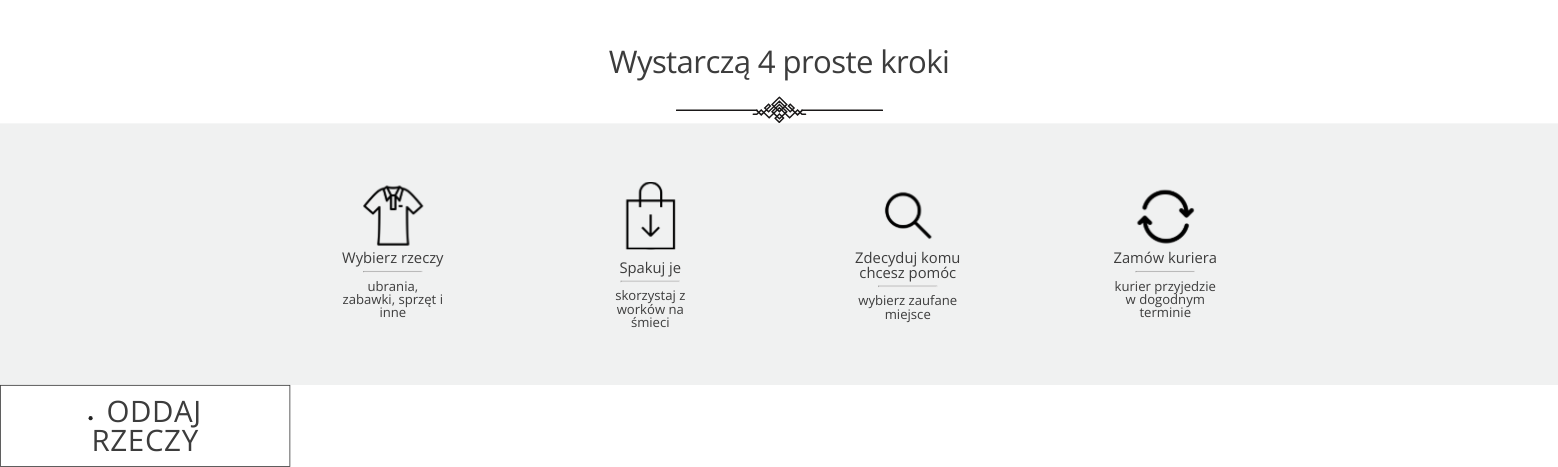
Repository: tomekwoojcik/oddam-w-dobre-rence
Page: /
The author's editor kept a copy of each file at every save. The page is drawn from the files as they stood at one save, then again after the next save.
The browser window is 1280 px wide. The page is 1900 px wide, so the pictures cover 1900 px, including what lies to the right of the window. The pictures show the part of the page from y = 1347 to 1917 px (the page is 1917 px tall), at 82% of full size.
The project was rebuilt for these pictures with package versions that can differ from the ones it lists, and the page was loaded fresh each time. Also part of the build but not shown: src/pages/logIn/logIn.js, src/pages/register/register.js.

Above is the page before, as saved 2022-12-08 08:13:39.

### public/index.html
<!DOCTYPE html>
<html lang="en">
  <head>
    <meta charset="utf-8" />
    <link rel="icon" href="%PUBLIC_URL%/favicon.ico" />
    <meta name="viewport" content="width=device-width, initial-scale=1" />
    <meta name="theme-color" content="#000000" />
    <meta
      name="description"
      content="Web site created using create-react-app"
    />
    <link rel="apple-touch-icon" href="%PUBLIC_URL%/logo192.png" />
    <link rel="manifest" href="%PUBLIC_URL%/manifest.json" />
    <title>React App</title>
    <link rel="preconnect" href="https://fonts.googleapis.com">
    <link rel="preconnect" href="https://fonts.gstatic.com" crossorigin>
    <link
      href="https://fonts.googleapis.com/css2?family=Merriweather:ital,wght@0,300;0,400;0,700;0,900;1,300;1,400;1,700;1,900&family=Open+Sans:ital,wght@0,300;0,400;0,500;0,600;0,700;0,800;1,300;1,400;1,500;1,600;1,700;1,800&display=swap"
      rel="stylesheet">
  </head>
  <body>
    <div id="root"></div>
  </body>
</html>

### src/index.js
import React from 'react'
import ReactDOM from 'react-dom/client'
import './scss/main.scss'
import App from './App'
import reportWebVitals from './reportWebVitals'

const root = ReactDOM.createRoot(document.getElementById('root'))
root.render(
  <React.StrictMode>
    <App />
  </React.StrictMode>
)

// If you want to start measuring performance in your app, pass a function
// to log results (for example: reportWebVitals(console.log))
// or send to an analytics endpoint. Learn more: https://bit.ly/CRA-vitals
reportWebVitals()

### src/scss/main.scss
@import './reset';
@import './settings/colors';
@import './settings/fonts';
@import '../components/atoms/buttonsMenu/buttonsMenu';
@import '../components/molecules/navMenu/navMenu';
@import '../components/atoms/buttonsLoginLogout/buttonsLoginLogout';
@import '../components/molecules/navLoginLogout/navLoginLogout';
@import '../components/molecules/menu/menu';
@import '../components/atoms/photoInHeader/photoInHeader.scss';
@import '../components/organisms/header/header';
@import '../components/atoms/partTextInHeader/firstPartText';
@import '../components/molecules/rightPart/rightPart';
@import '../components/molecules/textInHeader/textInHeader';
@import '../components/atoms/decorationAssets/decorationAssets';
@import '../components/molecules/menuRightPartContext/menuRightPartContext';
@import '../components/atoms/buttonsInRightPartContext/buttonsInRightPartContext';
@import '../components/organisms/threeColumns/threeColumns';
@import '../pages/home/home';
@import '../components/molecules/oneColumn/oneColumn';
@import '../components/atoms/counterInColumn/counterInColumn';
@import '../components/atoms/titleInColumn/titleInColumn';
@import '../components/atoms/textInColumn/textInColumn';
@import '../components/atoms/simpleStepsTitle/simpleStepsTitle';
@import '../components/organisms/simpleSteps/simpleSteps';
@import '../components/atoms/simpleStepsColumn/simpleStepsColumn';
@import '../components/molecules/simpleStepsBar/simpleStepsBar';

* {
    font-family: $font-base;
}

### src/App.js
/* eslint-disable react/react-in-jsx-scope */
import { Outlet, Route, Routes } from 'react-router'
import { BrowserRouter } from 'react-router-dom'
import Home from './pages/home/home'
import './App.css'
import LogIn from './pages/logIn/logIn'
import Register from './pages/register/register'

function App () {
  return (
    <div className="App">
      <Outlet />
      <BrowserRouter>
        <Routes>
          <Route path='/' element={<Home />} />
          <Route path='logowanie' element={<LogIn />} />
          <Route path='rejestracja' element={<Register />} />
        </Routes>

      </BrowserRouter>
    </div>
  )
}

export default App

### src/scss/settings/_colors.scss
$white-color: #F0F1F1;
$mustard-color: #5E5322;
$strong-yellow-color: #FAD648;
$grey-color: #737373;
$black-color: #3C3C3C;

### src/components/atoms/buttonsMenu/_buttonsMenu.scss
@import '../../../scss/settings/fonts';
@import '../../../scss/settings/colors';

.buttonItem {
    .button {
        font-size: 18px;
        padding: 9px 20px;
        color: $black-color;
        text-decoration: none;
        font-family: $font-base;
        border: 0.75px solid white;
    }

    .button:hover{
        border: 0.75px solid $black-color;
    }
}

### src/components/molecules/navMenu/_navMenu.scss
@import '../../../scss/settings/fonts';
@import '../../../scss/settings/colors';

.buttonList {
    margin-top: 10px;
    display: flex;
    flex-direction: row;
    justify-content: flex-end;
    margin-right: 142px;
}

### src/components/atoms/buttonsLoginLogout/_buttonsLoginLogout.scss
@import '../../../scss/settings/fonts';
@import '../../../scss/settings/colors';

.buttonMenuItems {
    .buttonMenu {
        font-family: $font-base;
        font-size: 14px;
        text-decoration: none;
        color: $grey-color;
        padding: 9px 10px;
        margin-left: 20px;
        border: 0.75px solid white;
    }

    .buttonMenu:hover{
        border-color: $strong-yellow-color;
    }
}

### src/components/molecules/navLoginLogout/_navLoginLogout.scss
.buttonMenuList{
    display: flex;
    flex-direction: row;
    justify-content: flex-end;
    margin-right: 142px;
    margin-bottom: 60px;
}

### src/components/molecules/menu/_menu.scss
.menu {
    width: 100%;
    margin-top: 37px;
    flex-direction: column;
}

### src/components/atoms/photoInHeader/_photoInHeader.scss
.photoHeader {
    width: 885px;
    height: 963px;
}

### src/components/organisms/header/_header.scss
.header {
    display: flex;
    flex-direction: row;
    width: 1758px;
}

### src/components/atoms/partTextInHeader/_firstPartText.scss
@import '../../../scss/settings/fonts';
@import '../../../scss/settings/colors';

.textInHeader{
    font-family: $font-base;
    font-size: 38px;
    margin-bottom: 10px;
}

### src/components/molecules/rightPart/_rightPart.scss
.rightPartHeader{
    display: flex;
    flex-direction: column;
}

### src/components/molecules/textInHeader/_textInHeader.scss
.textIn{
    margin-top: 210px;
}

### src/components/atoms/decorationAssets/_decorationAssets.scss
.decorationAssets {
    width: 253px;
    height: 33px;
    align-self: center;
    margin-top: 25px;
}

### src/components/molecules/menuRightPartContext/_menuRightPartContext.scss
.menuRightPartContext{
    display: flex;
    flex-direction: row;
    justify-content: center;
    margin-top: 65px;
}

### src/components/atoms/buttonsInRightPartContext/_buttonsInRightPartContext.scss
@import '../../../scss/settings/fonts';
@import '../../../scss/settings/colors';
@import '../../../scss/settings/otherVariables';

.buttonItemMenuContext {
    width: 250px;
    border: $border;
    padding: 13px 51px;

    .buttonMenuContext {

        text-transform: uppercase;
        text-decoration: none;
        color: $black-color;
        font-size: 36px;
        letter-spacing: 0.76px;
        word-wrap: break-word;
        font-family: $font-base;
        font-weight: 300;
    }

}

.buttonItemMenuContext:nth-child(2) {
    margin-left: 44px;
}

### src/scss/settings/_otherVariables.scss
@import '../settings/colors';
@import '../settings/colors';

$border: 0.75px solid $black-color;

### src/components/organisms/threeColumns/_threeColumns.scss
.threeColumns{
    background: url(../../../assets/backGround.png) ;
    width: 100%;
    display: flex;
    flex-direction: row;
    justify-content: space-around;
}

### src/pages/home/_home.scss
.homePage{
    width: 1900px;
    margin: 0 auto;
}

### src/components/molecules/oneColumn/_oneColumn.scss
.oneColumn {
    display: flex;
    flex-direction: column;
    justify-content: center;
    width: 334px;
    height: 252px;
    padding-top: 46px;
    padding-bottom: 86px;

}

### src/components/atoms/counterInColumn/_counterInColumn.scss
@import '../../../scss/settings/fonts';
@import '../../../scss/settings/colors';
@import '../../../scss/settings/otherVariables';

.counterColumn{
    font-size: 90px;
    font-family: $font-base;
    color: $mustard-color;
    font-weight: 300;
}

### src/components/atoms/titleInColumn/_titleInColumn.scss
@import '../../../scss/settings/fonts';
@import '../../../scss/settings/colors';
@import '../../../scss/settings/otherVariables';

.titleColumn{
    text-transform: uppercase;
    font-size: 18px;
    font-family: $font-base;
    letter-spacing: -0.36px;
    color: $black-color;
    margin: 10px 0 28px 0;

}

### src/components/atoms/textInColumn/_textInColumn.scss
@import '../../../scss/settings/fonts';
@import '../../../scss/settings/colors';
@import '../../../scss/settings/otherVariables';


.textColumn{
    font-family: $font-alt;
    font-size: 16px;
    font-weight: lighter;
    color: $black-color;
    letter-spacing: -0.32px;
    line-height: 25px;
}

### src/components/atoms/simpleStepsTitle/_simpleStepsTitle.scss
@import '../../../scss/settings/fonts';
@import '../../../scss/settings/colors';
@import '../../../scss/settings/otherVariables';

.simpleStepsTitle {
    font-size: 38px;
    font-family: $font-base;
    letter-spacing: -0.76px;
    color: $black-color;
    font-weight: 300;
}

### src/components/organisms/simpleSteps/_simpleSteps.scss
.simpleSteps{
    margin-top: 55px;
}

### src/components/atoms/simpleStepsColumn/_simpleStepsColumn.scss
@import '../../../scss/settings/fonts';
@import '../../../scss/settings/colors';
@import '../../../scss/settings/otherVariables';

.simpleStepsColumn {
    width: 130px;
    height: 172px;

    .simpleStepsColumnImg {
        width: 83px;
        height: 83px;
    }

    .simpleStepsColumnTitle {
        font-family: $font-base;
        font-size: 18px;
        color: $black-color;
    }

    .simpleStepsColumnLine {
        color: $grey-color;
        width: 70px;
    }

    .simpleStepsColumnText {
        font-family: $font-base;
        font-size: 16px;
        color: $black-color;
        height: 40px;
        width: 100%;
    }
}


.simpleStepsColumn:nth-child(2){
    .simpleStepsColumnTitle{
        margin-top: 12px;
    }
}

### src/components/molecules/simpleStepsBar/_simpleStepsBar.scss
@import '../../../scss/settings/fonts';
@import '../../../scss/settings/colors';
@import '../../../scss/settings/otherVariables';

.simpleStepsBar {
    background-color: $white-color;
    padding: 71px 414px 76px 414px;
    display: flex;
    flex-direction: row;
    justify-content: space-between;
}

### src/pages/home/home.js
import React from 'react'
import Header from '../../components/organisms/header/header'
import SimpleSteps from '../../components/organisms/simpleSteps/simpleSteps'
import ThreeColumns from '../../components/organisms/threeColumns/threeColumns'

const Home = () => {
  return (
    <div className='homePage'>
      <Header />
      <ThreeColumns />
      <SimpleSteps/>
    </div>
  )
}

export default Home

### src/components/organisms/header/header.js
import React from 'react'
import PhotoInHeader from '../../atoms/photoInHeader/photoInHeader'
import RightPart from '../../molecules/rightPart/rightPart'
const Header = () => {
  return (
    <header className='header'>
      <PhotoInHeader />
      <RightPart />
    </header>

  )
}

export default Header

### src/components/organisms/simpleSteps/simpleSteps.js
import React from 'react'
import SimpleStepsTitle from '../../atoms/simpleStepsTitle/simpleStepsTitle'
import DecorationAssets from '../../atoms/decorationAssets/decorationAssets'
import SimpleStepsBar from '../../molecules/simpleStepsBar/simpleStepsBar'
import ButtonsInRightPartContext from '../../atoms/buttonsInRightPartContext/buttonsInRightPartContext'
const SimpleSteps = () => {
  return (
        <div className='simpleSteps'>
            <SimpleStepsTitle text={'Wystarczą 4 proste kroki'} />
            <DecorationAssets />
            <SimpleStepsBar />
            <ButtonsInRightPartContext buttonName={'oddaj rzeczy'} />
        </div>
  )
}

export default SimpleSteps

### src/components/organisms/threeColumns/threeColumns.js
import React from 'react'
import OneColumn from '../../molecules/oneColumn/oneColumn'

const ThreeColumns = () => {
  return (
        <div className='threeColumns'>
          <OneColumn counter={'10'} title={'Oddanych worków'} text={'Lorem ipsum dolor sit amet, consectetur adipisc Pellentesque vel enim a elit viverra elementuma. Aliquam erat volutpat.'} />
          <OneColumn counter={'5'} title={'Wspartych organizacji'} text={'Lorem ipsum dolor sit amet, consectetur adipisc Pellentesque vel enim a elit viverra elementuma. Aliquam erat volutpat.'} />
          <OneColumn counter={'7'} title={'Zorganizowanych zbiórek'} text={'Lorem ipsum dolor sit amet, consectetur adipisc Pellentesque vel enim a elit viverra elementuma. Aliquam erat volutpat.'} />
        </div>
  )
}

export default ThreeColumns

### src/components/atoms/photoInHeader/photoInHeader.js
import React from 'react'
import Image from '../../../assets/Home-Hero-Image.jpg'

const PhotoInHeader = () => {
  return (
    <img className='photoHeader' src={Image} />
  )
}

export default PhotoInHeader

### src/components/molecules/rightPart/rightPart.js
import React from 'react'
import Menu from '../menu/menu'
import RightPartContext from '../rightPartContext/rightPartContext'

const RightPart = () => {
  return (
    <div className='rightPartHeader'>
      <Menu />
      <RightPartContext />
    </div>
  )
}

export default RightPart

### src/components/atoms/simpleStepsTitle/simpleStepsTitle.js
/* eslint-disable react/prop-types */
import React from 'react'

const SimpleStepsTitle = ({ text }) => {
  return (
        <h4 className='simpleStepsTitle'>{text}</h4>
  )
}

export default SimpleStepsTitle

### src/components/atoms/decorationAssets/decorationAssets.js
import React from 'react'
import DecoratorImage from '../../../assets/Decoration.svg'
const DecorationAssets = () => {
  return (
        <img className="decorationAssets" src={DecoratorImage} />
  )
}

export default DecorationAssets

### src/components/molecules/simpleStepsBar/simpleStepsBar.js
import React from 'react'
import SimpleStepsColumn from '../../atoms/simpleStepsColumn/simpleStepsColumn'
import IconOne from '../../../assets/Icon-1.svg'
import IconSec from '../../../assets/Icon-2.svg'
import IconThr from '../../../assets/Icon-3.svg'
import IconFou from '../../../assets/Icon-4.svg'

const SimpleStepsBar = () => {
  return (
        <div className='simpleStepsBar'>
          <SimpleStepsColumn source={IconOne} simpleStepsColumnTitle={'Wybierz rzeczy'} simpleStepsColumnText={'ubrania, zabawki, sprzęt i inne'} />
          <SimpleStepsColumn source={IconSec} simpleStepsColumnTitle={'Spakuj je'} simpleStepsColumnText={'skorzystaj z worków na śmieci'} />
          <SimpleStepsColumn source={IconThr} simpleStepsColumnTitle={'Zdecyduj komu chcesz pomóc'} simpleStepsColumnText={'wybierz zaufane miejsce'} />
          <SimpleStepsColumn source={IconFou} simpleStepsColumnTitle={'Zamów kuriera'} simpleStepsColumnText={'kurier przyjedzie w dogodnym terminie'} />
        </div>
  )
}

export default SimpleStepsBar

### src/components/atoms/buttonsInRightPartContext/buttonsInRightPartContext.js
import React from 'react'
import { NavLink } from 'react-router-dom'

// eslint-disable-next-line react/prop-types
const ButtonsInRightPartContext = ({ source, buttonName }) => {
  return (
    <li className='buttonItemMenuContext'><NavLink className='buttonMenuContext' to={source}>{buttonName}</NavLink></li>
  )
}

export default ButtonsInRightPartContext

### src/components/molecules/oneColumn/oneColumn.js
/* eslint-disable react/prop-types */
import React from 'react'
import CounterInColumn from '../../atoms/counterInColumn/counterInColumn'
import TextInColumn from '../../atoms/textInColumn/textInColumn'
import TitleInColumn from '../../atoms/titleInColumn/titleInColumn'

const OneColumn = ({ counter, title, text }) => {
  return (
        <div className='oneColumn'>
            <CounterInColumn counterColumn={counter} />
            <TitleInColumn titleColumn={title} />
            <TextInColumn textColumn={text} />
        </div>
  )
}

export default OneColumn

### src/components/molecules/menu/menu.js
import React from 'react'
import NavLoginLogout from '../navLoginLogout/navLoginLogout'
import NavMenu from '../navMenu/navMenu'

const Menu = () => {
  return (
    <div className='menu'>
      <NavLoginLogout />
      <NavMenu />
    </div>
  )
}

export default Menu

### src/components/molecules/rightPartContext/rightPartContext.js
import React from 'react'
import DecorationAssets from '../../atoms/decorationAssets/decorationAssets'
import MenuRightPartContext from '../menuRightPartContext/menuRightPartContext'
import TextInHeader from '../textInHeader/textInHeader'

const RightPartContext = () => {
  return (
      <div className='rightPartContext'>
          <TextInHeader />
          <DecorationAssets />
          <MenuRightPartContext/>
        </div>
  )
}

export default RightPartContext

### src/components/atoms/simpleStepsColumn/simpleStepsColumn.js
/* eslint-disable react/prop-types */
import React from 'react'

const SimpleStepsColumn = ({ source, simpleStepsColumnTitle, simpleStepsColumnText }) => {
  return (
    <div className='simpleStepsColumn'>
          <img className='simpleStepsColumnImg' src={source} />
          <h4 className='simpleStepsColumnTitle' >{simpleStepsColumnTitle}</h4>
          <hr className='simpleStepsColumnLine' />
          <p className='simpleStepsColumnText'>{simpleStepsColumnText}</p>
    </div>
  )
}

export default SimpleStepsColumn

### src/components/atoms/counterInColumn/counterInColumn.js
/* eslint-disable react/prop-types */
import React from 'react'

const CounterInColumn = ({ counterColumn }) => {
  return (
    <h3 className='counterColumn'>{counterColumn}</h3>
  )
}

export default CounterInColumn

### src/components/atoms/textInColumn/textInColumn.js
/* eslint-disable react/prop-types */
import React from 'react'

const TextInColumn = ({ textColumn }) => {
  return (
      <p className='textColumn'>{ textColumn }</p>
  )
}

export default TextInColumn

### src/components/atoms/titleInColumn/titleInColumn.js
/* eslint-disable react/prop-types */
import React from 'react'

const TitleInColumn = ({ titleColumn }) => {
  return (
      <h4 className='titleColumn'>{titleColumn}</h4>
  )
}

export default TitleInColumn

### src/components/molecules/navLoginLogout/navLoginLogout.js
import React from 'react'
import ButtonsLoginLogout from '../../atoms/buttonsLoginLogout/buttonsLoginLogout'

const NavLoginLogout = () => {
  return (
        <ul className='buttonMenuList'>
          <ButtonsLoginLogout source={'logowanie'} buttonName={'Zaloguj'} />
          <ButtonsLoginLogout source={'rejestracja'} buttonName={'Załóź konto'} />
        </ul>
  )
}

export default NavLoginLogout

### src/components/molecules/navMenu/navMenu.js
import React from 'react'
import ButtonsMenu from '../../atoms/buttonsMenu/buttonsMenu'

const NavMenu = () => {
  return (
        <ul className='buttonList'>
          <ButtonsMenu source={'/'} linkName={'Start'} />
          <ButtonsMenu source={'/'} linkName={'O co chodzi?'} />
          <ButtonsMenu source={'/'} linkName={'O nas'} />
          <ButtonsMenu source={'/'} linkName={'Fundacje i organizacje'} />
          <ButtonsMenu source={'/'} linkName={'Kontakt'} />
        </ul>
  )
}

export default NavMenu

### src/components/molecules/menuRightPartContext/menuRightPartContext.js
import React from 'react'
import ButtonsInRightPartContext from '../../atoms/buttonsInRightPartContext/buttonsInRightPartContext'

const MenuRightPartContext = () => {
  return (
      <ul className='menuRightPartContext'>
      <ButtonsInRightPartContext source={'#'} buttonName={'Oddaj rzeczy'} />
      <ButtonsInRightPartContext source={'#'} buttonName={'Zorganizuj zbiórke'} />
    </ul>
  )
}

export default MenuRightPartContext

### src/components/molecules/textInHeader/textInHeader.js
import React from 'react'
import FirstPartText from '../../atoms/partTextInHeader/firstPartText'

const TextInHeader = () => {
  return (
        <div className='textIn'>
          <FirstPartText textHeader={'Zacznij pomagać!'} />
          <FirstPartText textHeader={'Oddaj niechciane rzeczy w zaufane ręce'} />
        </div>
  )
}

export default TextInHeader

### src/components/atoms/buttonsLoginLogout/buttonsLoginLogout.js
/* eslint-disable react/prop-types */
import React from 'react'
import { NavLink } from 'react-router-dom'

const ButtonsLoginLogout = ({ source, buttonName }) => {
  return (
        <li className='buttonMenuItems'><NavLink className='buttonMenu' to={source}>{buttonName}</NavLink></li>
  )
}

export default ButtonsLoginLogout

### src/components/atoms/buttonsMenu/buttonsMenu.js
import React from 'react'
import { NavLink } from 'react-router-dom'

// eslint-disable-next-line react/prop-types
const ButtonsMenu = ({ source, linkName }) => {
  return (
        <li className='buttonItem'><NavLink className="button" to={source}>{linkName}</NavLink></li>
  )
}

export default ButtonsMenu

### src/components/atoms/partTextInHeader/firstPartText.js
import React from 'react'

// eslint-disable-next-line react/prop-types
const FirstPartText = ({ textHeader }) => {
  return (
    <h3 className='textInHeader'>{textHeader}</h3>
  )
}

export default FirstPartText

Loaded but not shown: src/reportWebVitals.js (common file); src/scss/_reset.scss (common file); src/scss/settings/_fonts.scss (common file); src/App.css (common file)

After the next save:
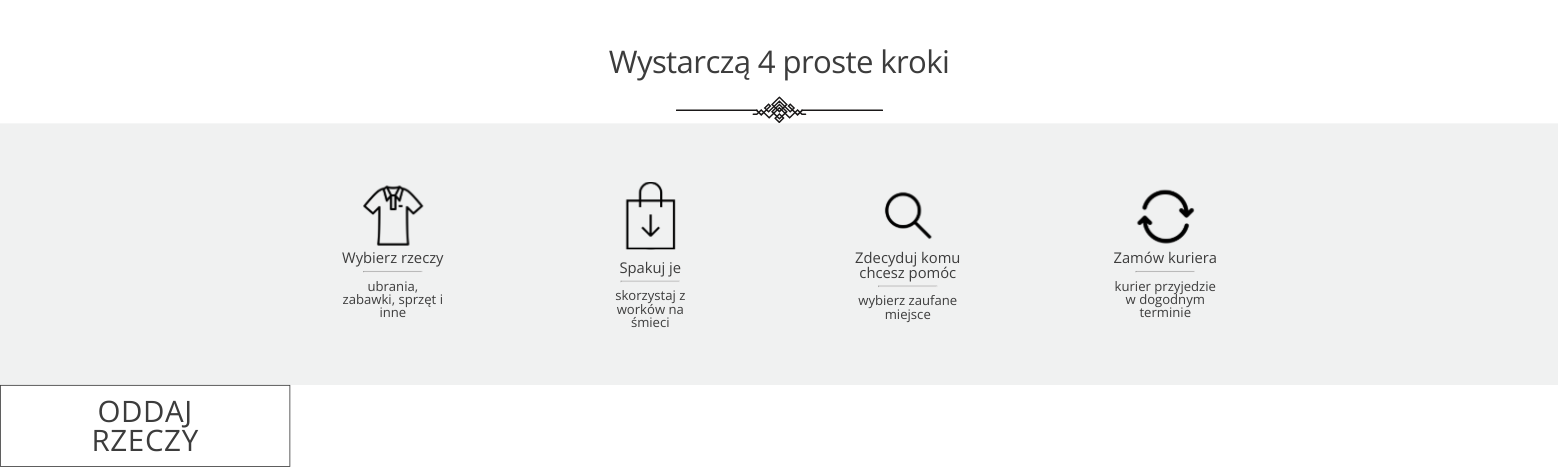
Saved 3 min 24 s later.
--- a/src/components/atoms/buttonsInRightPartContext/buttonsInRightPartContext.js
+++ b/src/components/atoms/buttonsInRightPartContext/buttonsInRightPartContext.js
@@ -4,7 +4,7 @@ import { NavLink } from 'react-router-dom'
 // eslint-disable-next-line react/prop-types
 const ButtonsInRightPartContext = ({ source, buttonName }) => {
   return (
-    <li className='buttonItemMenuContext'><NavLink className='buttonMenuContext' to={source}>{buttonName}</NavLink></li>
+    <div className='buttonItemMenuContext'><NavLink className='buttonMenuContext' to={source}>{buttonName}</NavLink></div>
   )
 }
 
